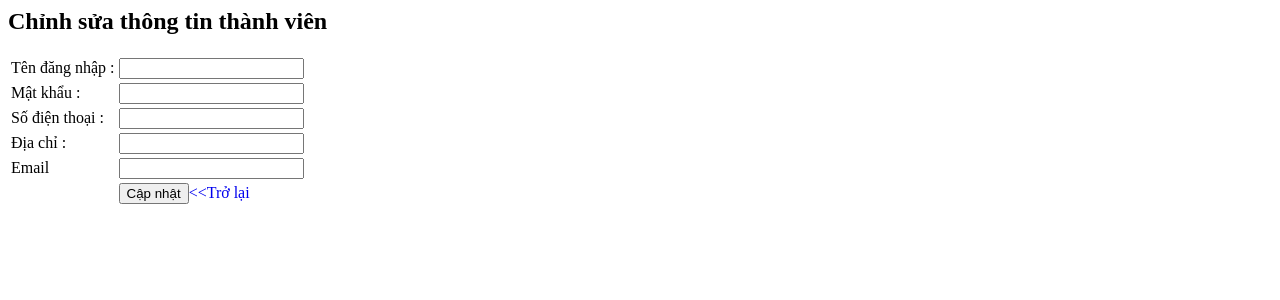
Repository: tuanpham-aptech/sportequiptment
Page: http://localhost/admin/views/members/edit_member.php
An editor plug-in stored every save of this project. The page is shown before and after a run of saves, followed by the edit.
The browser window is 1280 px wide. The pictures show the whole page.
The page is run by PHP 8.4 with error messages shown; the project is at /var/www/html/.

Above is the page before, as saved 2021-10-22 07:20:58.

### admin/views/members/edit_member.php

<div class="member">
                    <h2 class="member-title">Chỉnh sửa thông tin thành viên  </h2>
                    <table class="member-table--update">
                        <tbody>
                            <form class="member-form" method="post">
                                <tr class="member-table--tr">
                                    <td class="member-table--td">Tên đăng nhập :</td>
                                  <td class="member-table--td">
                                      <input type="text" name="username"value ="">
                                    </td>
                                </tr>
                                <tr class="member-table--tr">
                                    <td class="member-table--td">Mật khẩu :</td>
                                  <td class="member-table--td"><input type="password" name="password" value=""></td>
                                </tr>
                                <tr class="member-table--tr">
                                    <td class="member-table--td">Số điện thoại :</td>
                                    <td class="member-table--td"><input type="number" name="mobile" id=""></td>
                                </tr>
                                <tr class="member-table--tr">
                                    <td class="member-table--td">Địa chỉ :</td>
                                    <td class="member-table--td"><input type="text" name="address"> </td>
                                </tr>
                                <tr class="member-table--tr">
                                    <td class="member-table--td">Email</td>
                                    <td class="member-table--td"><input type="email" name="email"></td>
                                </tr>
                                <tr class="member-table--tr">
                                    <td class="member-table--td"></td>
                                    <td class="member-table--td"><input type="submit" name="update" value="Cập nhật" ><a href="?option=show_member" style="text-decoration: none;">&lt;&lt;Trở lại </a></td>
                                </tr>
                            </form>
                        </tbody>
                      </table>
                </div>

After the next 3 saves:
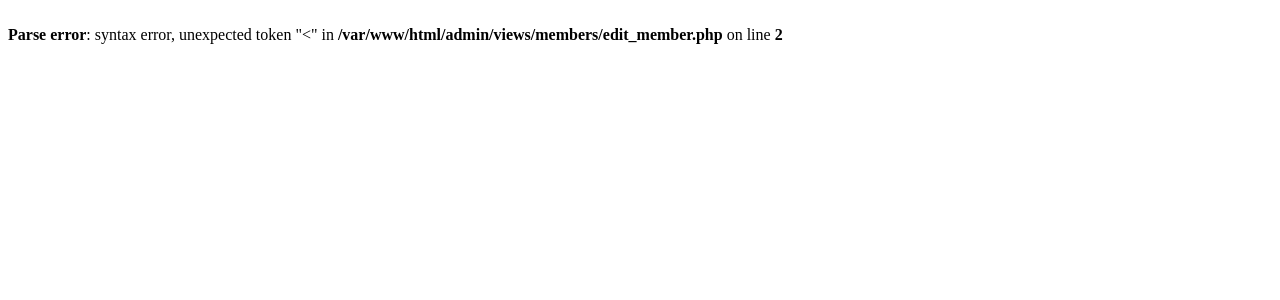
The 3 saves are shown as one change because they came seconds apart.
The last was saved 15 s later.
--- a/admin/views/members/edit_member.php
+++ b/admin/views/members/edit_member.php
@@ -1,4 +1,4 @@
-
+<?php if(isset($_GET))
 <div class="member">
                     <h2 class="member-title">Chỉnh sửa thông tin thành viên  </h2>
                     <table class="member-table--update">
